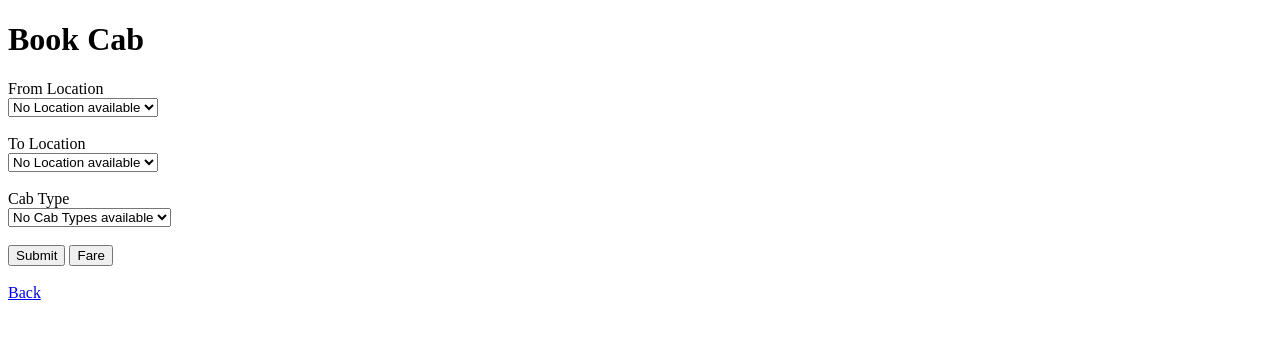
Repository: SumanaDasFullStack/CourseEndProject
Page: http://localhost/book
An editor plug-in stored every save of this project. The page is shown before and after the next save, followed by the edit.
The browser window is 1280 px wide. The pictures show the whole page.
The page is this project's Thymeleaf template; nobody is signed in. The template is opened directly, without the code that normally fills it, so the values that code supplies are empty.

Above is the page before, as saved 2024-10-29 17:18:21.

### cab-booking-microservice/src/main/resources/templates/book.html
<!DOCTYPE html>
<html xmlns:th="http://www.thymeleaf.org">
<head>
<meta charset="UTF-8">
<title>Insert title here</title>
<script>
        function callMicroservice() {
            fetch('/cab/findallcab')
                .then(response => response.text())
                .then(data => {
                    document.getElementById('result').innerText = data;
                })
                .catch(error => {
                    console.error('Error:', error);
                });
        }
    </script>
</head>
<body>
<span style="color:red" th:text="${result}"></span>
<h1>Book Cab</h1>
<form th:action="@{booking}" method="post" th:object="${bookcab}">

<label for="fromSelect">From Location  </label><br/>
        <select id="fromSelect" name="source">
            <option value="" th:unless="${categories}">No Location available</option>
            <option th:each="location : ${categories}"
                    th:value="${location.id}"
                    th:text="${location.loc_name}"></option>
        </select>
<!-- <input type="text" th:field="*{source}"/><br/> -->
<br/><br/>
<label for="toSelect">To Location  </label><br/>
        <select id="toSelect" name="destination">
            <option value="" th:unless="${categories}">No Location available</option>
            <option th:each="location : ${categories}"
                    th:value="${location.id}"
                    th:text="${location.loc_name}"></option>
        </select>

<br/><br/>
<label for="cabtypeSelect">Cab Type  </label><br/>
        <select id="cabtypeSelect" name="cabtype_id">
            <option value="" th:unless="${cabtypes}">No Cab Types available</option>
            <option th:each="cabtype : ${cabtypes}"
                    th:value="${cabtype.cabtype_id}"
                    th:text="${cabtype.cabtype_name}"></option>
        </select>

<br/><br/>
<input type="submit" th:value="Submit" name="b1"/>
<button onclick="callMicroservice()">Fare</button>

<div id="result"></div>
<!-- <input type="button" th:value="Fare" name="b2"/> -->
<br/>
</form>
<a href="/">Back</a>
</body>
</html>

After the next save:
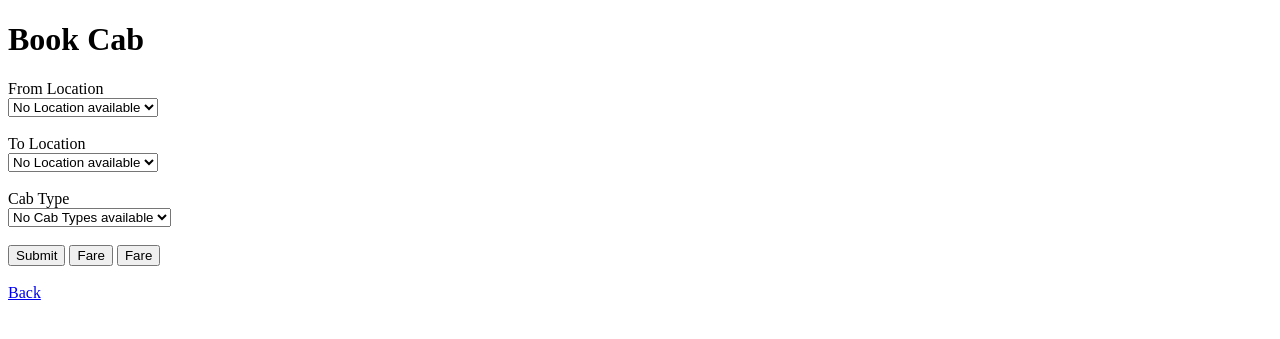
Saved 5 min 33 s later.
--- a/cab-booking-microservice/src/main/resources/templates/book.html
+++ b/cab-booking-microservice/src/main/resources/templates/book.html
@@ -3,18 +3,7 @@
 <head>
 <meta charset="UTF-8">
 <title>Insert title here</title>
-<script>
-        function callMicroservice() {
-            fetch('/cab/findallcab')
-                .then(response => response.text())
-                .then(data => {
-                    document.getElementById('result').innerText = data;
-                })
-                .catch(error => {
-                    console.error('Error:', error);
-                });
-        }
-    </script>
+<script src="https://code.jquery.com/jquery-3.6.0.min.js"></script>
 </head>
 <body>
 <span style="color:red" th:text="${result}"></span>
@@ -51,7 +40,29 @@
 <input type="submit" th:value="Submit" name="b1"/>
 <button onclick="callMicroservice()">Fare</button>
 
-<div id="result"></div>
+<button id="myButton">Fare</button>
+
+<div id="responseMessage"></div>
+<div id="errorMessage" style="color: red;"></div>
+
+<script>
+    $(document).ready(function() {
+        $('#myButton').click(function() {
+            $.ajax({
+                url: '/cab/findallcab', // Update with your endpoint
+                method: 'GET', // Change to POST if needed
+                success: function(response) {
+                    $('#responseMessage').text('Success: ' + response);
+                    $('#errorMessage').text(''); // Clear any previous errors
+                },
+                error: function(xhr, status, error) {
+                    $('#errorMessage').text('Error: ' + xhr.responseText);
+                    $('#responseMessage').text(''); // Clear any previous success messages
+                }
+            });
+        });
+    });
+</script>
 <!-- <input type="button" th:value="Fare" name="b2"/> -->
 <br/>
 </form>

After the save that followed:
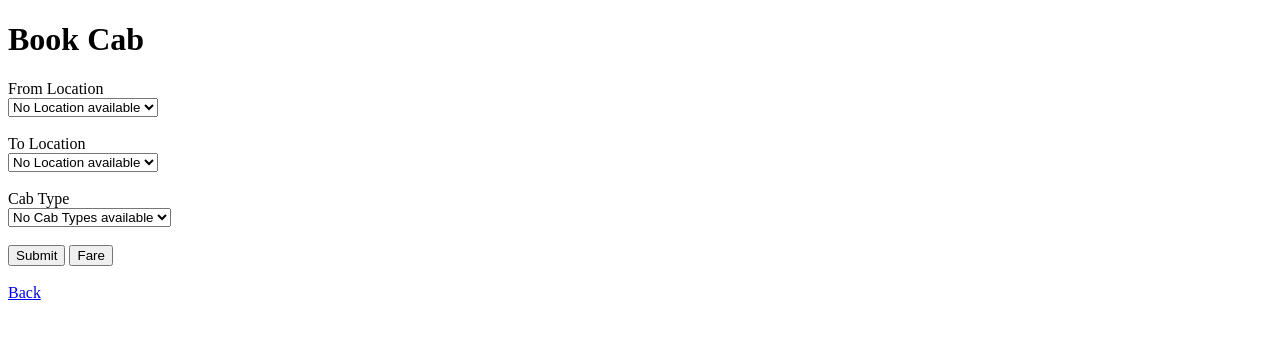
Saved 85 s later.
--- a/cab-booking-microservice/src/main/resources/templates/book.html
+++ b/cab-booking-microservice/src/main/resources/templates/book.html
@@ -38,7 +38,7 @@
 
 <br/><br/>
 <input type="submit" th:value="Submit" name="b1"/>
-<button onclick="callMicroservice()">Fare</button>
+<!-- <button onclick="callMicroservice()">Fare</button> -->
 
 <button id="myButton">Fare</button>
 
